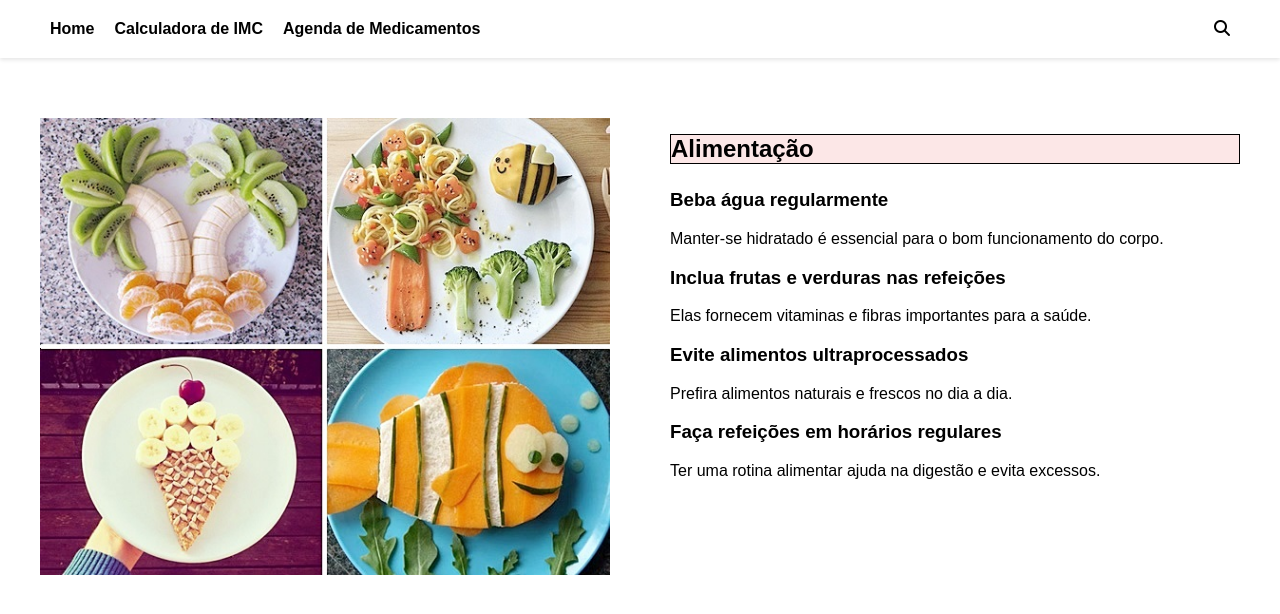
Repository: Cristiane-Sartori14/dicasSaude
Page: index.html
An editor plug-in stored every save of this project. The page is shown before and after the next save, followed by the edit.
The browser window is 1280 px wide. The pictures show the whole page.

Above is the page before, as saved 2025-05-18 21:40:51.

### index.html
<!DOCTYPE html>
<html lang="en">
<head>
    <meta charset="UTF-8">
    <meta name="viewport" content="width=device-width, initial-scale=1.0">
    <title>Dicas de Saúde</title>
    <link rel="stylesheet" href="style.css">

   <link rel="stylesheet" href="https://cdnjs.cloudflare.com/ajax/libs/font-awesome/6.5.0/css/all.min.css">

</head>
<body>
    <!--Cabeçalho-->
    <header class="header">
        <div class="nav-container">
            <nav>
                <ul class="nav-links">
                    <li><a href="#">Home</a></li>
                    <li><a href="#">Calculadora de IMC</a></li>
                    <li><a href="#">Agenda de Medicamentos</a></li>
                </ul>
            </nav>
            <div class="header-icons">
                <div class="icon search-icon">
                    <i class="fa-solid fa-magnifying-glass"></i>
                </div>
            </div>
        </div>
    </header>

     <!--Detalhes do página-->
     <div class="health-container">
        <div class="health-image">
            <img src="img/alimento.jpg" alt="Alimentação Saudável">
        </div>

        <div class="health-details">
        <h1 class="health-title">Alimentação</h1>

        <h3>Beba água regularmente</h3>
        <p>Manter-se hidratado é essencial para o bom funcionamento do corpo.</p>

        <h3>Inclua frutas e verduras nas refeições</h3>
        <p>Elas fornecem vitaminas e fibras importantes para a saúde.</p>

        <h3>Evite alimentos ultraprocessados</h3>
        <p>Prefira alimentos naturais e frescos no dia a dia.</p>

        <h3>Faça refeições em horários regulares</h3>
        <p>Ter uma rotina alimentar ajuda na digestão e evita excessos.</p>

        </div>

     </div>



</body>
</html>

### style.css
body {
    margin: 0;
    font-family: Arial, Helvetica, sans-serif;
}

/*Cabeçalho*/
.header {
    padding: 10px 50px;
    background-color: #fff;
    box-shadow: 0 2px 4px rgba(0, 0, 0, 0.1);
    margin-bottom: 40px;
}

.nav-container {
    max-width: 1200px; /*largura máxima do texto*/
    margin: 0 auto;
    display: flex;
    justify-content: space-between; /*centraliza eles*/
    align-items: center;
    padding: 10px 0;
}

.nav-links {
    list-style: none;
    display: flex;
    gap: 20px;
    margin: 0;
    padding: 0;
}

.nav-links a {
    text-decoration: none; /*tirar o _*/
    color: #000;
    font-weight: bold;
    transition: 0.4s;
}

.nav-links a:hover, .header-icons i:hover {
    color: #ccc;
}

.header-icons {
    display: flex;
    gap: 20px
}

/*Detalhes do página*/
.health-container{
    display: flex;
    max-width: 1200px;
    margin: 0 auto;
    padding: 20px 0;
    gap: 20px;
}

.health-image {
  flex: 2;
  padding-right: 20px;
}

.health-image img {
  max-width: 100%;
  height: auto;
  display: block;
}

.health-details {
  flex: 2;
  padding-left: 20px;
}

.health-title {

    border: 1px solid #000;
    background-color:rgba(223, 21, 21, 0.1);
    margin-bottom: 25px;
    font-size: 24px;
}

After the next save:
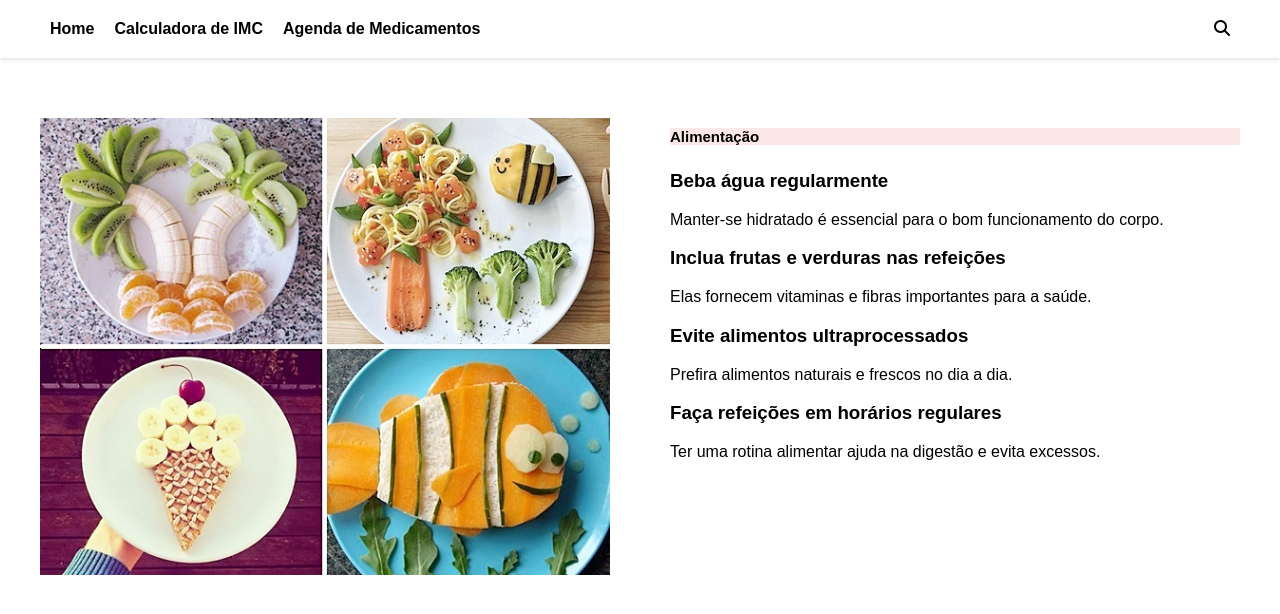
Saved 73 s later.
--- a/style.css
+++ b/style.css
@@ -70,9 +70,7 @@ body {
 }
 
 .health-title {
-
-    border: 1px solid #000;
     background-color:rgba(223, 21, 21, 0.1);
     margin-bottom: 25px;
-    font-size: 24px;
+    font-size: 15px;
 }
